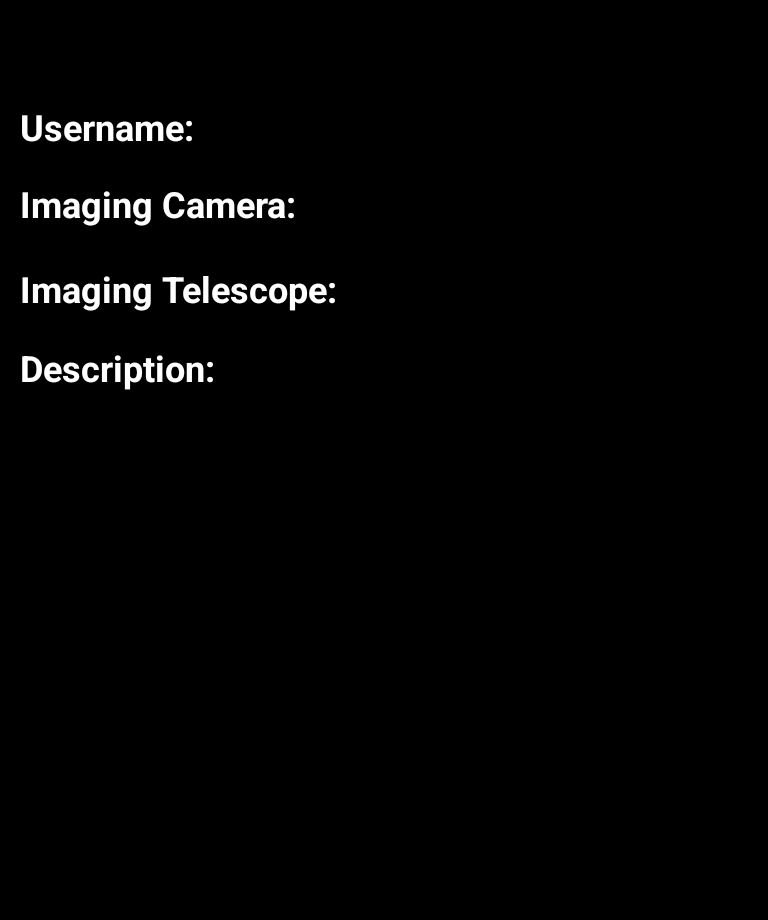
Repository: arianaantonio/APD2
Layout: AstroPix/res/layout/fragment_detail.xml
These files come from the project's save history. The layout is drawn as it stood at one moment and after the next save; the edit follows.
The pictures show rows 0 to 920 of an output 1280 px tall.
Pictures or frames that could not be fetched are drawn as grey boxes. It is drawn on a 768 x 1280 px phone screen (xhdpi) without system bars, with theme AppTheme; the app's code is not run. The app's manifest (not shown) leaves right-to-left support off. So textAlignment, textDirection and layoutDirection are ignored, and left and right values win over start and end ones.

Above is the layout before, as saved 2014-09-20 23:00:49.

After the next save:
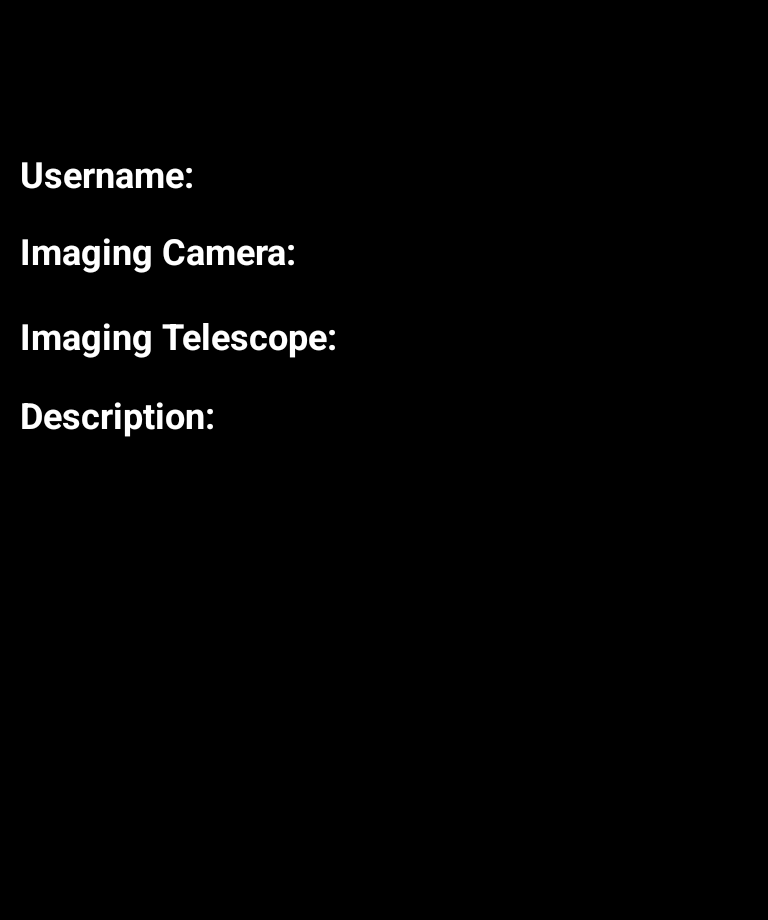
Saved 3 min 33 s later.
--- a/AstroPix/res/layout/fragment_detail.xml
+++ b/AstroPix/res/layout/fragment_detail.xml
@@ -11,7 +11,10 @@
         android:layout_height="wrap_content"
         android:layout_alignParentTop="true"
         android:layout_centerHorizontal="true"
+        android:gravity="center"
+        android:lines="@integer/lines"
         android:text=""
+        android:textAlignment="gravity"
         android:textColor="@color/white"
         android:textSize="20sp"
         android:textStyle="bold" />
